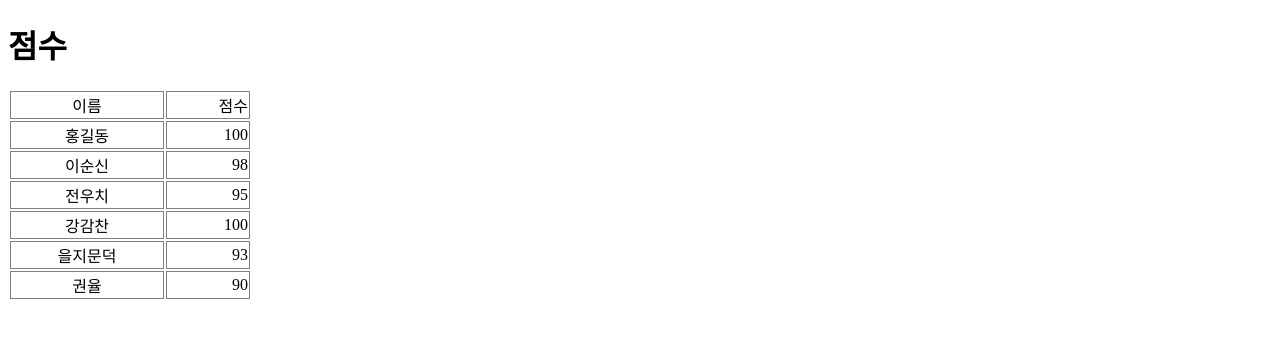
Repository: djdongjae/SpringProjects
Page: html1/src/main/webapp/01/table07.html
The author's editor kept a copy of each file at every save. The page is drawn from the files as they stood at one save, then again after the next save.
The browser window is 1280 px wide. The pictures show the whole page.

Above is the page before, as saved 2023-03-13 01:35:58.

### html1/src/main/webapp/01/table07.html
<!DOCTYPE html>
<html>
  <head>
    <meta http-equiv="content-type" content="text/html; charset=utf-8">
    <title>점수</title>
    <style>
    	td { border: 1px solid gray; }
    	td:nth-child(2) { width:80px; text-align: right; }
    	td:nth-child(1) { width:150px; text-align: center; }
    </style>
  </head>
  <body>
    <h1>점수</h1>
    <table>
      <tr>
        <td>이름</td>
        <td>점수</td>
      </tr>
      <tr>
        <td>홍길동</td>
        <td>100</td>
      </tr>
      <tr>
        <td>이순신</td>
        <td>98</td>
      </tr>
      <tr>
        <td>전우치</td>
        <td>95</td>
      </tr>
      <tr>
        <td>강감찬</td>
        <td>100</td>
      </tr>
      <tr>
        <td>을지문덕</td>
        <td>93</td>
      </tr>
      <tr>
        <td>권율</td>
        <td>90</td>
      </tr>
    </table>
  </body>
</html>

After the next save:
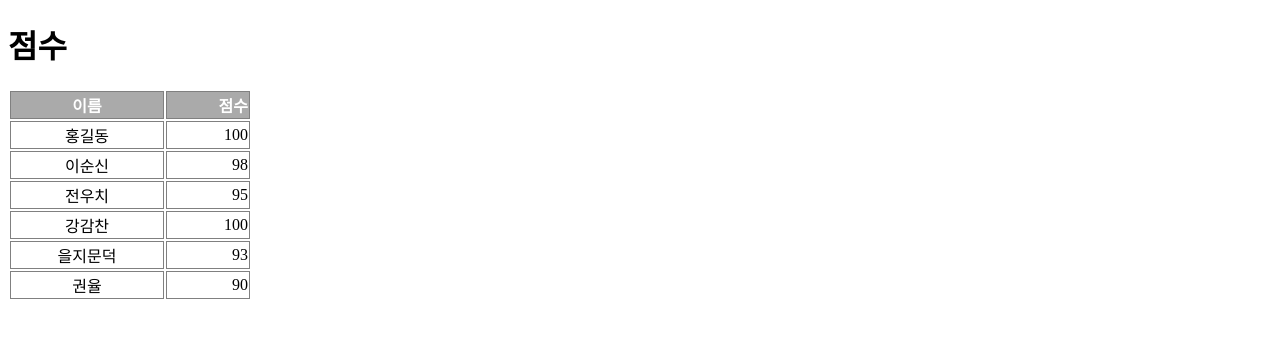
Saved 4 min 49 s later.
--- a/html1/src/main/webapp/01/table07.html
+++ b/html1/src/main/webapp/01/table07.html
@@ -13,8 +13,8 @@
     <h1>점수</h1>
     <table>
       <tr>
-        <td>이름</td>
-        <td>점수</td>
+        <td style="background-color: #aaaaaa; color: white; font-weight: bold">이름</td>
+        <td style="background-color: #aaaaaa; color: white; font-weight: bold">점수</td>
       </tr>
       <tr>
         <td>홍길동</td>
